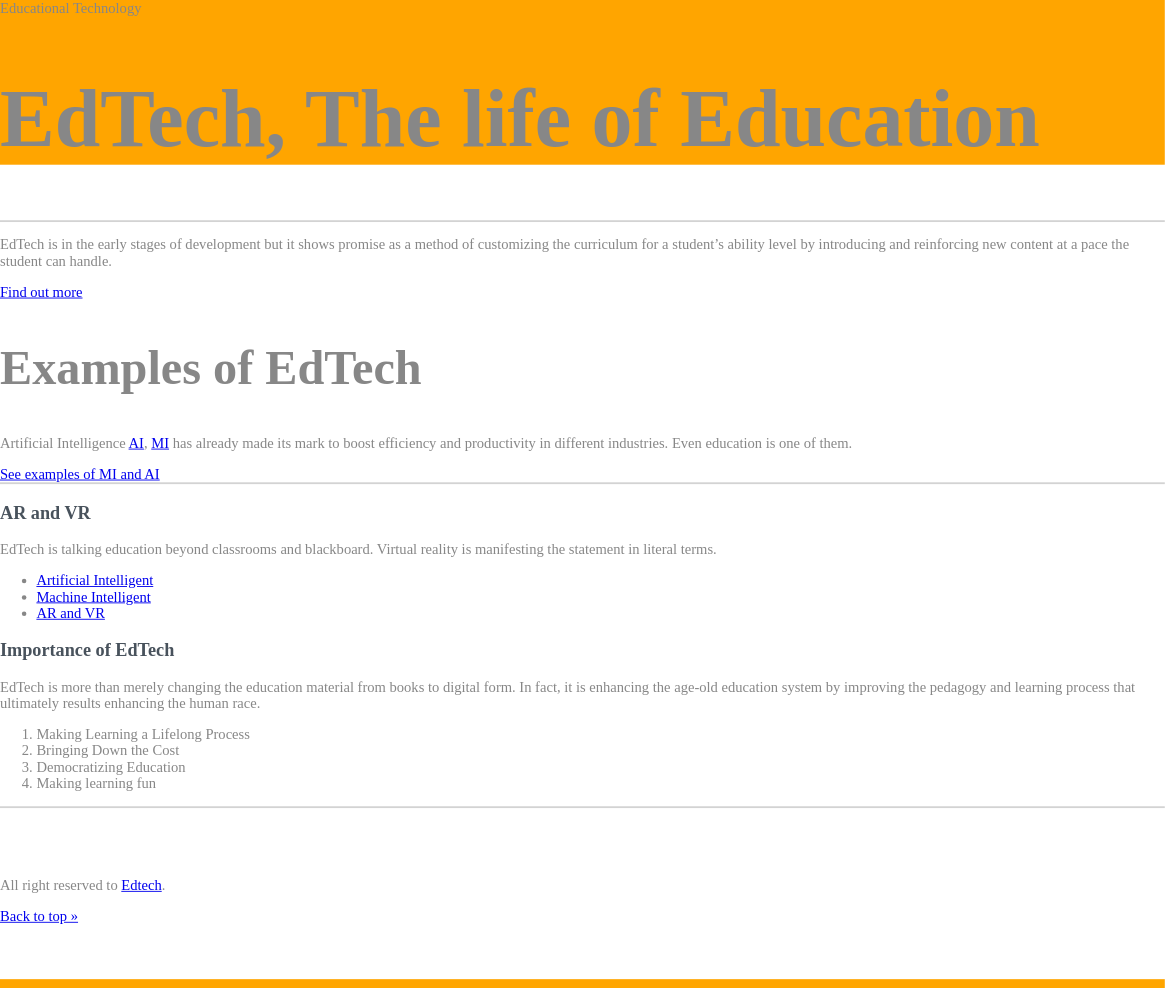
Repository: tunmishyi/edtech
Page: index.html
An editor plug-in stored every save of this project. The page is shown before and after the next save, followed by the edit.
The browser window is 1280 px wide. The pictures show the whole page, at 91% of full size.

Above is the page before, as saved 2020-06-06 17:40:00.

After the next save:
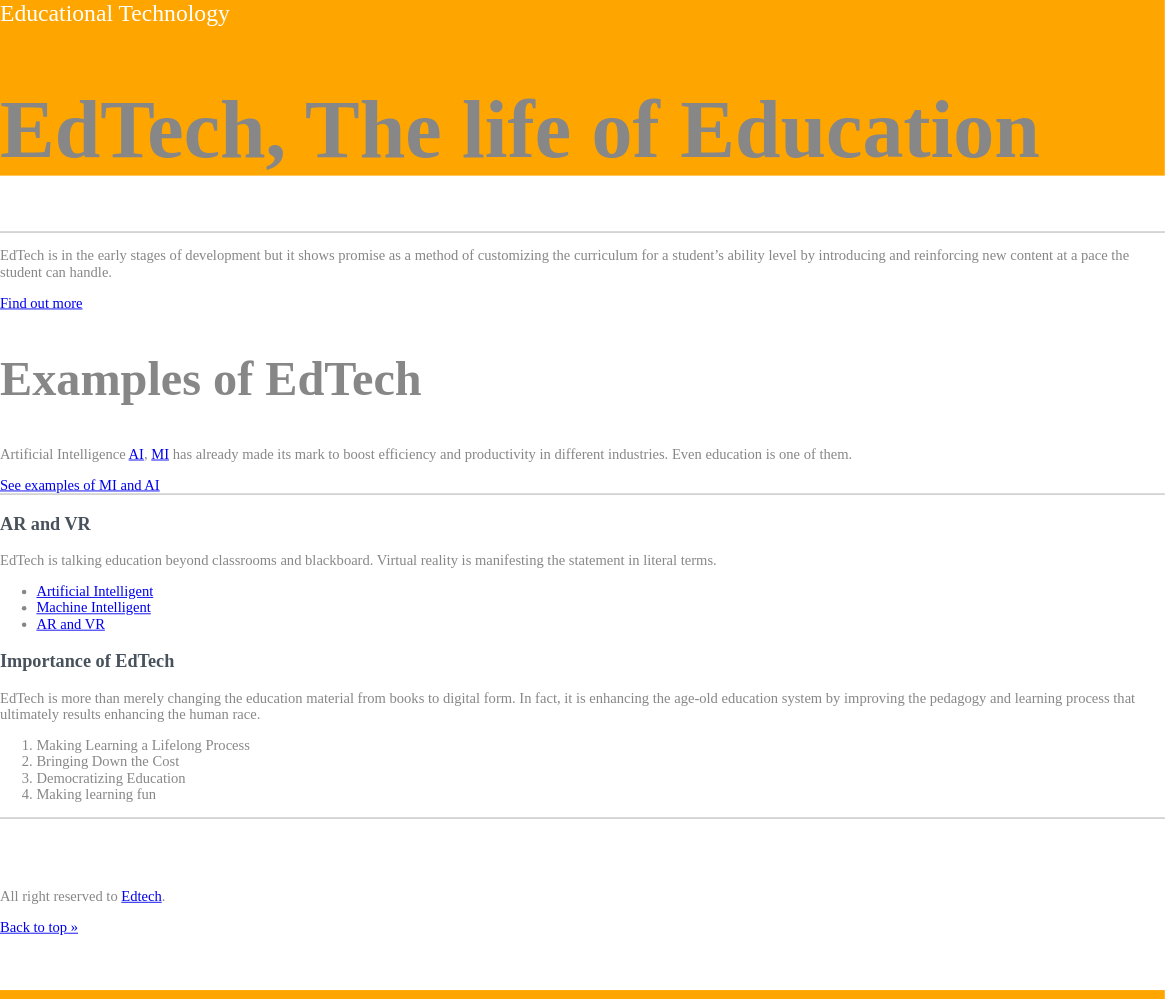
Saved 24 s later.
--- a/style.css
+++ b/style.css
@@ -8,7 +8,8 @@ body {
 }
 
 header span {
-
+    color: white;
+    font-size: 26px;
 }
 h1 {
     font-size: 90px;
